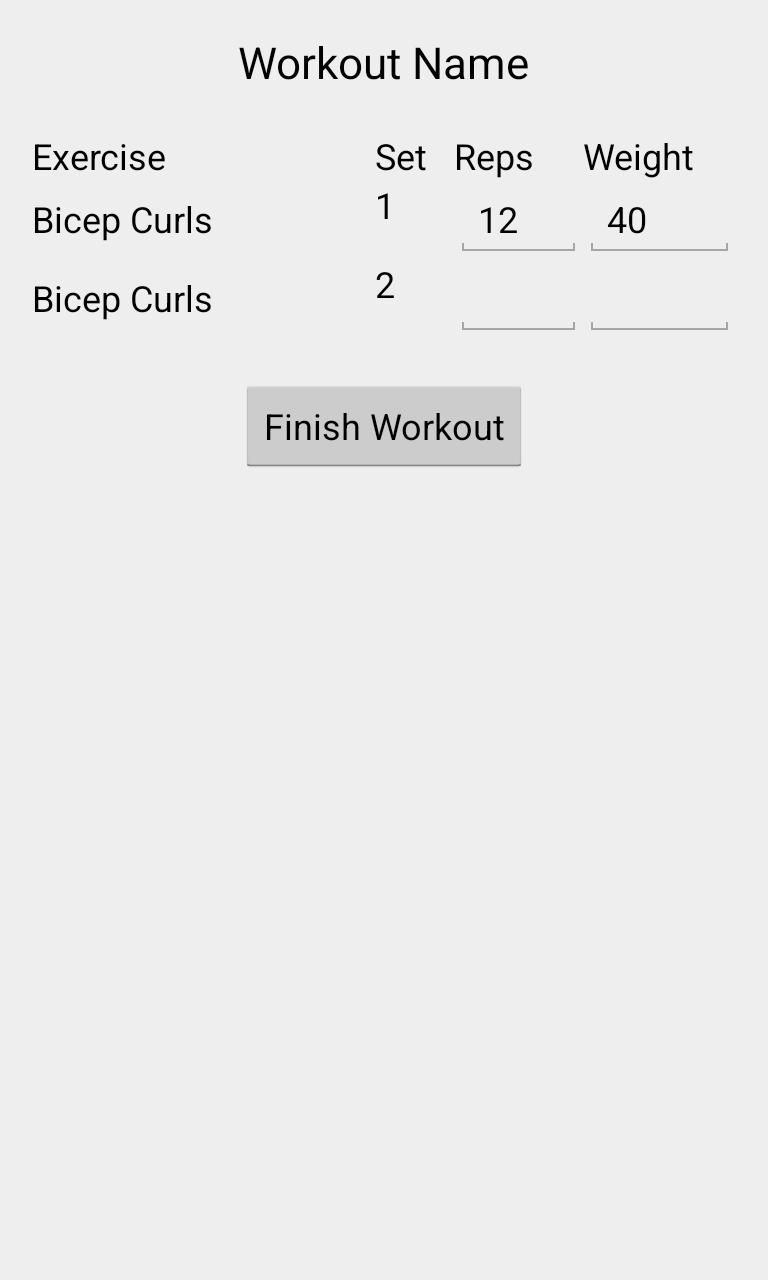
Repository: jmcdon09/EZWorkout
Layout: EzTrain/EzTrain/res/layout/activity_active_workout.xml
These files come from the project's save history. The layout is drawn as it stood at one moment and after the next save; the edit follows.
It is drawn on a 768 x 1280 px phone screen (xhdpi) without system bars, with theme AppTheme; the app's code is not run.

Above is the layout before, as saved 2014-03-30 14:26:29.

After the next save:
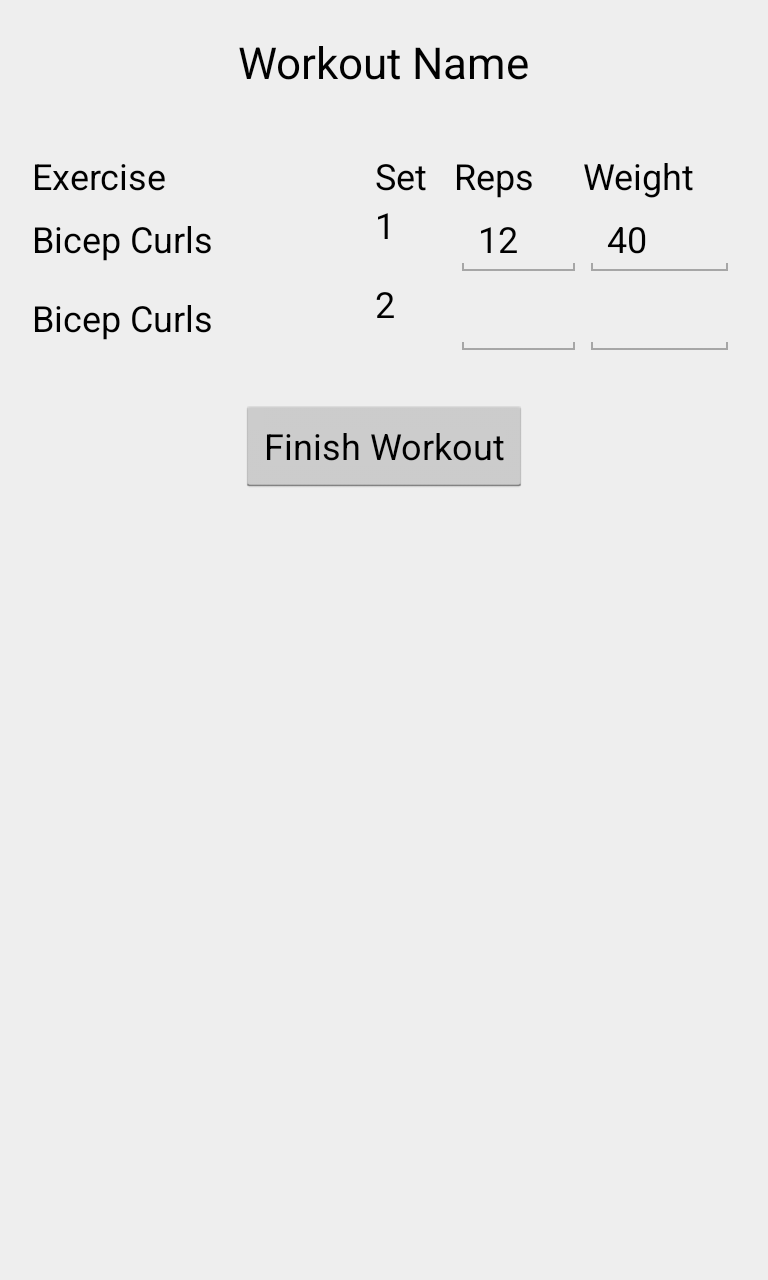
Saved 12 s later.
--- a/EzTrain/EzTrain/res/layout/activity_active_workout.xml
+++ b/EzTrain/EzTrain/res/layout/activity_active_workout.xml
@@ -22,7 +22,7 @@
         <TableLayout
             android:layout_width="match_parent"
             android:layout_height="wrap_content"
-            android:layout_marginTop="20dp" >
+            android:layout_marginTop="30dp" >
 
             <TableRow
                 android:id="@+id/tableRow1"
